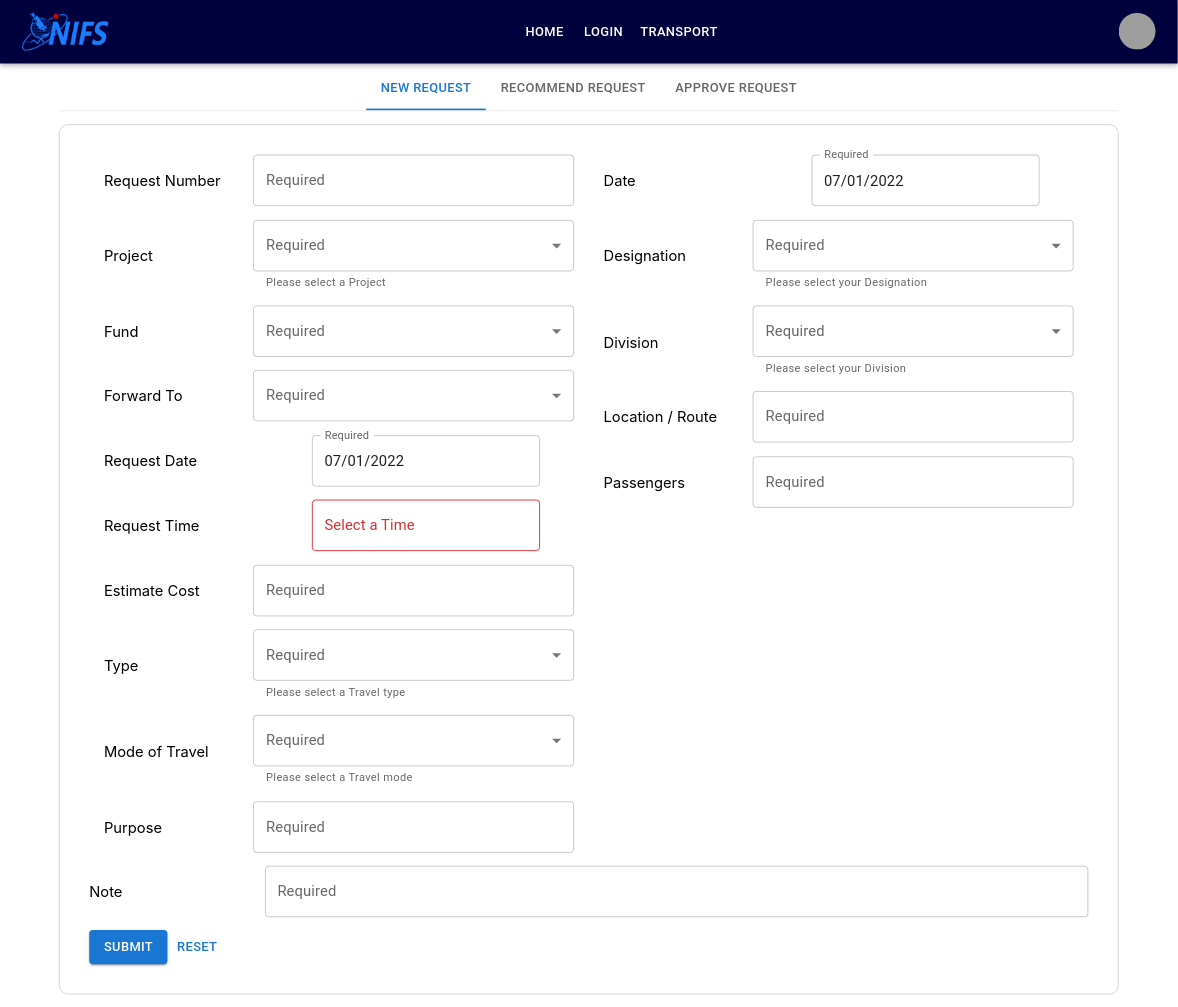
Repository: Ravindu97/NIFS_WebApplication
Page: /transport (app in client/)
An editor plug-in stored every save of this project. The page is shown before and after the next save, followed by the edit.
The browser window is 1280 px wide. The pictures show the whole page, at 92% of full size.
Pictures or frames that could not be fetched are drawn as grey boxes. The project was rebuilt for these pictures with package versions that can differ from the ones it lists, and the page was loaded fresh each time. Also part of the build but not shown: client/src/pages/Home.js, client/src/pages/Login.js, client/src/components/Transport/RecommendedRequest.js, client/src/components/Transport/ApproveRequest.js.

Above is the page before, as saved 2022-07-01 12:23:45.

### client/src/index.css
body {
  margin: 0;
  font-family: -apple-system, BlinkMacSystemFont, 'Segoe UI', 'Roboto', 'Oxygen',
    'Ubuntu', 'Cantarell', 'Fira Sans', 'Droid Sans', 'Helvetica Neue',
    sans-serif;
  -webkit-font-smoothing: antialiased;
  -moz-osx-font-smoothing: grayscale;
}

:root{
  --main-navbar-back: #00003c;

}


.nav-logo{
  width: 100px;
  height: auto;
}

/* main navbar */
.main-navbar{
  background-color: var(--main-navbar-back) !important;
}

/* secondary navbar */
.secondary-navbar{
  margin-top: 10vh !important;
  margin: auto;
}

/* body content */
.body-content{
  margin: auto;
  width: 90%;
  margin-top: 2vh;
}

/* -------------------css for form starts here */
/* form section means outsice the <form> tag */

.form-section{
  border: 1px solid #d2d2d2;
  border-radius: 10px;
  padding: 2rem;
  margin-bottom: 2vh;
}

/* input fields */
.input-fields{
  display: flex;
  align-items: center;
  margin-bottom: 2vh;
}

.input-fields label{
  margin-right: 2vw;
  width: 200px;
}

.form-left,.form-right{

  margin-left: 1em;
  margin-right: 1em;
}

/* -----------------css for form ends here */

### client/src/App.js
import * as React from 'react';
import { BrowserRouter as Router, Route, Routes } from 'react-router-dom';
import Navbar from './components/shared/Navbar';
import Home from './pages/Home';
import Login from './pages/Login';
import TransportMainPage from './pages/TransportMainPage';

function App() {
	return (
		<div>
			<Router>
				<Navbar />
				<Routes>
					<Route exact path="/" element={<Home />} />
					<Route exact path="/login" element={<Login />} />
					<Route exact path="/transport/*" element={<TransportMainPage />} />
				</Routes>
			</Router>
		</div>
	);
}

export default App;

### client/src/components/shared/Navbar.js
import * as React from 'react';
import AppBar from '@mui/material/AppBar';
import Box from '@mui/material/Box';
import Toolbar from '@mui/material/Toolbar';
import IconButton from '@mui/material/IconButton';
import Typography from '@mui/material/Typography';
import Menu from '@mui/material/Menu';
import MenuIcon from '@mui/icons-material/Menu';
import Container from '@mui/material/Container';
import Avatar from '@mui/material/Avatar';
import Button from '@mui/material/Button';
import Tooltip from '@mui/material/Tooltip';
import MenuItem from '@mui/material/MenuItem';
import { Link } from 'react-router-dom';
import Logo from '../../images/nifs_logo.png';

const Navbar = () => {
	const pages = [
		{
			id: 0,
			title: 'Home',
			link: '/',
		},
		{
			id: 1,
			title: 'Login',
			link: '/login',
		},
		{
			id: 2,
			title: 'Transport',
			link: '/transport',
		},
	];

	const settings = [
		{
			id: 0,
			title: 'Home',
			link: '/',
		},
		{
			id: 1,
			title: 'Login',
			link: '/login',
		},
		{
			id: 2,
			title: 'Transport',
			link: '/transport',
		},
	];

	const [anchorElNav, setAnchorElNav] = React.useState(null);
	const [anchorElUser, setAnchorElUser] = React.useState(null);

	const handleOpenNavMenu = (event) => {
		setAnchorElNav(event.currentTarget);
	};
	const handleOpenUserMenu = (event) => {
		setAnchorElUser(event.currentTarget);
	};

	const handleCloseNavMenu = () => {
		setAnchorElNav(null);
	};

	const handleCloseUserMenu = () => {
		setAnchorElUser(null);
	};

	return (
		<AppBar position="fixed" className="main-navbar">
			<Container maxWidth="xl">
				<Toolbar disableGutters>
					{/*Responsive view start here  */}
					<Box sx={{ display: { xs: 'none', md: 'flex' }, mr: 1 }}>
						<img src={Logo} alt="logo" className="nav-logo" />
					</Box>

					<Box sx={{ flexGrow: 1, display: { xs: 'flex', md: 'none' } }}>
						<IconButton
							size="large"
							aria-label="account of current user"
							aria-controls="menu-appbar"
							aria-haspopup="true"
							onClick={handleOpenNavMenu}
							color="inherit"
						>
							<MenuIcon />
						</IconButton>
						<Menu
							id="menu-appbar"
							anchorEl={anchorElNav}
							anchorOrigin={{
								vertical: 'bottom',
								horizontal: 'left',
							}}
							keepMounted
							transformOrigin={{
								vertical: 'top',
								horizontal: 'left',
							}}
							open={Boolean(anchorElNav)}
							onClose={handleCloseNavMenu}
							sx={{
								display: { xs: 'block', md: 'none' },
							}}
						>
							{pages &&
								pages.map((page) => (
									<MenuItem key={page.id} onClick={handleCloseNavMenu}>
										<Link to={page.link} style={{ textDecoration: 'none' }}>
											<Typography textAlign="center">{page.title}</Typography>
										</Link>
									</MenuItem>
								))}
						</Menu>
					</Box>
					{/* Responsive view ends here */}

					{/* Full width starts here */}
					<Box
						sx={{
							mr: 2,
							display: { xs: 'flex', md: 'none' },
							flexGrow: 1,
						}}
					>
						<img src={Logo} alt="logo" className="nav-logo" />
					</Box>

					<Box
						sx={{ flexGrow: 1, display: { xs: 'none', md: 'flex' } }}
						style={{ justifyContent: 'center' }}
					>
						{pages &&
							pages.map((page) => (
								<Link to={page.link} style={{ textDecoration: 'none' }}>
									<Button
										key={page.id}
										onClick={handleCloseNavMenu}
										sx={{ my: 2, color: 'white', display: 'block' }}
									>
										{page.title}
									</Button>
								</Link>
							))}
					</Box>

					{/* end of the navbar */}
					<Box sx={{ flexGrow: 0 }}>
						<Tooltip title="Open settings">
							<IconButton onClick={handleOpenUserMenu} sx={{ p: 0 }}>
								<Avatar
									alt="Remy Sharp"
									src="https://images.unsplash.com/photo-1566753323558-f4e0952af115?ixlib=rb-1.2.1&ixid=MnwxMjA3fDB8MHxzZWFyY2h8MXx8bWFsZXxlbnwwfHwwfHw%3D&w=1000&q=80"
								/>
							</IconButton>
						</Tooltip>
						<Menu
							sx={{ mt: '45px' }}
							id="menu-appbar"
							anchorEl={anchorElUser}
							anchorOrigin={{
								vertical: 'top',
								horizontal: 'right',
							}}
							keepMounted
							transformOrigin={{
								vertical: 'top',
								horizontal: 'right',
							}}
							open={Boolean(anchorElUser)}
							onClose={handleCloseUserMenu}
						>
							{settings.map((setting) => (
								<MenuItem key={setting.id} onClick={handleCloseUserMenu}>
									<Typography textAlign="center">{setting.title}</Typography>
								</MenuItem>
							))}
						</Menu>
					</Box>
				</Toolbar>
			</Container>
		</AppBar>
	);
};
export default Navbar;

### client/src/pages/TransportMainPage.js
import React from 'react';

import TransportNavbar from '../components/Transport/shared/TransportNavbar';
import { Route, Routes } from 'react-router-dom';
import NewRequest from '../components/Transport/NewRequest';
import RecommendedRequest from '../components/Transport/RecommendedRequest';
import ApproveRequest from '../components/Transport/ApproveRequest';

// transport main page where all other section of transport department can be access from here
function TransportMainPage() {
	return (
		<div>
			<TransportNavbar />
			<div className="body-content">
				<Routes>
					<Route exact path="/" element={<NewRequest />} />
					<Route exact path="/recommend" element={<RecommendedRequest />} />
					<Route exact path="/approve" element={<ApproveRequest />} />
				</Routes>
			</div>
		</div>
	);
}

export default TransportMainPage;

### client/src/components/Transport/shared/TransportNavbar.js
import * as React from 'react';
import Tabs from '@mui/material/Tabs';
import Tab from '@mui/material/Tab';
import Box from '@mui/material/Box';
import { Link, useLocation } from 'react-router-dom';

export default function TransportNavbar() {
	const location = useLocation();

	const pages = [
		{
			id: 0,
			title: 'New Request',
			link: '/transport',
		},
		{
			id: 1,
			title: 'Recommend Request',
			link: '/transport/recommend',
		},
		{
			id: 2,
			title: 'Approve Request',
			link: '/transport/approve',
		},
	];

	return (
		<Box sx={{ width: '90%' }} className="secondary-navbar">
			<Box sx={{ borderBottom: 1, borderColor: 'divider' }}>
				<Tabs value={location.pathname} centered>
					{pages &&
						pages.map((page) => (
							<Tab
								key={page.id}
								label={page.title}
								value={page.link}
								component={Link}
								to={page.link}
							/>
						))}
				</Tabs>
			</Box>
		</Box>
	);
}

### client/src/components/Transport/NewRequest.js
import { Button, TextField } from '@mui/material';
import React, { useState } from 'react';
import { useForm } from 'react-hook-form';
import Box from '@mui/material/Box';
// import datepicker
import { AdapterDateFns } from '@mui/x-date-pickers/AdapterDateFns';
import { LocalizationProvider } from '@mui/x-date-pickers/LocalizationProvider';
import { DatePicker } from '@mui/x-date-pickers/DatePicker';
import { TimePicker } from '@mui/x-date-pickers/TimePicker';
// sample data files start here
import Projects from './shared/sampleData/Project.json';
import Funds from './shared/sampleData/Fund.json';
import ForwardedTo from './shared/sampleData/ForwardedTo.json';
import Divisions from './shared/sampleData/Division.json';
import Designations from './shared/sampleData/Designation.json';

// sample data files ends here

function NewRequest() {
	// date set to be stored
	const { register, handleSubmit, reset } = useForm();

	const getToday = new Date();
	const time = getToday.getHours() + ':' + getToday.getMinutes();

	const [project, setProjects] = useState(Projects);
	const [fund, setFunds] = useState(Funds);
	const [forwardedTo, setForwardedTos] = useState(ForwardedTo);
	const [division, setDivisions] = useState(Divisions);
	const [designation, setDesignations] = useState(Designations);
	const [reqDate, setReqDate] = React.useState(getToday);
	const [reqTime, setReqTime] = React.useState(time);
	const [today, setToday] = React.useState(getToday);

	const submitDetails = (data) => {
		console.log(data);
	};

	return (
		<div className="form-section">
			<form onSubmit={handleSubmit(submitDetails)}>
				<Box
					sx={{
						display: { xs: 'block', md: 'flex' },
						justifyContent: 'center',
					}}
				>
					{/* left section of the form */}
					<Box
						className="form-left"
						sx={{
							width: { xs: '90%', md: '50%' },
						}}
					>
						{/* Request number */}
						<Box className="input-fields">
							<label>Request Number</label>
							<TextField
								fullWidth
								type="text"
								name="reqNo"
								id="outlined-basic"
								label="Required"
								variant="outlined"
								{...register('reqNo')}
							/>
						</Box>

						{/* Select project */}

						<Box className="input-fields">
							<label>Project</label>
							<TextField
								fullWidth
								id="outlined-select-project-native"
								select
								label="Required"
								name="project"
								{...register('project')}
								SelectProps={{
									native: true,
								}}
								helperText="Please select a Project"
							>
								<option value="" selected disabled></option>
								{project.map((option) => (
									<option key={option.id} value={option.value}>
										{option.value}
									</option>
								))}
							</TextField>
						</Box>

						{/* Select Fund */}

						<Box className="input-fields">
							<label>Fund</label>
							<TextField
								fullWidth
								id="outlined-select-fund-native"
								select
								label="Required"
								name="fund"
								{...register('fund')}
								SelectProps={{
									native: true,
								}}
							>
								<option value="" selected disabled></option>
								{fund.map((option) => (
									<option key={option.id} value={option.value}>
										{option.value}
									</option>
								))}
							</TextField>
						</Box>

						{/* Select Forward */}

						<Box className="input-fields">
							<label>Forward To</label>
							<TextField
								fullWidth
								id="outlined-select-forward-native"
								select
								label="Required"
								name="forwardTo"
								{...register('forwardTo')}
								SelectProps={{
									native: true,
								}}
							>
								<option value="" selected disabled></option>
								{forwardedTo.map((option) => (
									<option key={option.id} value={option.value}>
										{option.value}
									</option>
								))}
							</TextField>
						</Box>

						{/*request date*/}

						<Box className="input-fields">
							<LocalizationProvider dateAdapter={AdapterDateFns}>
								<label>Request Date</label>
								<DatePicker
									fullWidth
									label="Required"
									value={reqDate}
									onChange={(newValue) => {
										setReqDate(newValue);
									}}
									{...register('requestDate')}
									renderInput={(params) => <TextField {...params} />}
								/>
							</LocalizationProvider>
						</Box>

						{/* Time picker */}

						<Box className="input-fields">
							<LocalizationProvider dateAdapter={AdapterDateFns}>
								<label>Request Time</label>
								<TimePicker
									label="Select a Time"
									value={reqTime}
									{...register('requestTime')}
									onChange={(newValue) => {
										setReqTime(newValue);
									}}
									renderInput={(params) => <TextField {...params} />}
								/>
							</LocalizationProvider>
						</Box>

						{/* cost */}

						<Box className="input-fields">
							<label>Estimate Cost</label>
							<TextField
								fullWidth
								type="text"
								name="estimateCost"
								id="outlined-basic"
								label="Required"
								variant="outlined"
								{...register('estimateCost')}
							/>
						</Box>

						{/* travel type */}

						<Box className="input-fields">
							<label>Type</label>
							<TextField
								fullWidth
								id="outlined-select-forward-native"
								select
								label="Required"
								name="travelType"
								{...register('travelType')}
								SelectProps={{
									native: true,
								}}
								helperText="Please select a Travel type"
							>
								<option value="" selected disabled></option>
								<option value="private">Private</option>
								<option value="official">Official</option>
							</TextField>
						</Box>

						{/* Travel mode */}

						<Box className="input-fields">
							<label>Mode of Travel</label>
							<TextField
								fullWidth
								id="outlined-select-forward-native"
								select
								label="Required"
								name="travelMode"
								{...register('travelMode')}
								SelectProps={{
									native: true,
								}}
								helperText="Please select a Travel mode"
							>
								<option value="" selected disabled></option>
								<option value="car">Car</option>
								<option value="van">Van</option>
								<option value="cab">Cab</option>
							</TextField>
						</Box>

						{/* purpose */}

						<Box className="input-fields">
							<label>Purpose</label>
							<TextField
								fullWidth
								id="outlined-textarea"
								label="Required"
								name="purpose"
								{...register('purpose')}
								SelectProps={{
									native: true,
								}}
								multiline
							/>
						</Box>
					</Box>

					{/* right section of the form */}

					<Box
						className="form-right"
						sx={{
							width: { xs: '90%', md: '50%' },
						}}
					>
						{/*request today date*/}

						<Box className="input-fields">
							<LocalizationProvider dateAdapter={AdapterDateFns}>
								<label>Date</label>
								<DatePicker
									fullWidth
									label="Required"
									value={today}
									onChange={(newValue) => {
										setToday(newValue);
									}}
									{...register('requestDate')}
									renderInput={(params) => <TextField {...params} />}
								/>
							</LocalizationProvider>
						</Box>

						{/* designations */}

						<Box className="input-fields">
							<label>Designation</label>
							<TextField
								fullWidth
								id="outlined-select-forward-native"
								select
								label="Required"
								name="designation"
								{...register('designation')}
								SelectProps={{
									native: true,
								}}
								helperText="Please select your Designation"
							>
								<option value="" selected disabled></option>
								{designation.map((option) => (
									<option key={option.id} value={option.value}>
										{option.value}
									</option>
								))}
							</TextField>
						</Box>

						{/* division */}

						<Box className="input-fields">
							<label>Division</label>
							<TextField
								fullWidth
								id="outlined-select-forward-native"
								select
								label="Required"
								name="division"
								{...register('division')}
								SelectProps={{
									native: true,
								}}
								helperText="Please select your Division"
							>
								<option value="" selected disabled></option>
								{division.map((option) => (
									<option key={option.id} value={option.value}>
										{option.value}
									</option>
								))}
							</TextField>
						</Box>

						{/* HOD */}

						{/* Location / route */}

						<Box className="input-fields">
							<label>Location / Route</label>
							<TextField
								fullWidth
								type="text"
								name="route"
								id="outlined-basic"
								label="Required"
								variant="outlined"
								{...register('route')}
							/>
						</Box>

						{/* Location / route */}

						<Box className="input-fields">
							<label>Passengers</label>
							<TextField
								fullWidth
								type="text"
								name="passengers"
								id="outlined-basic"
								label="Required"
								variant="outlined"
								{...register('passengers')}
							/>
						</Box>
					</Box>
				</Box>

				{/* Note */}

				<Box className="input-fields">
					<label>Note</label>
					<TextField
						fullWidth
						id="outlined-textarea"
						label="Required"
						name="note"
						{...register('note')}
						SelectProps={{
							native: true,
						}}
						multiline
					/>
				</Box>

				{/* submit button */}

				<Box>
					<Button type="submit" variant="contained">
						Submit
					</Button>

					{/* reset the form */}

					<Button
						type="button"
						onClick={() => {
							reset({
								reqNo: '',
								project: '',
								fund: '',
								forwardTo: '',
								requestDate: '',
								time: '',
								estimateCost: '',
								travelType: '',
								travelMode: '',
								purpose: '',
								note: '',
								employee: '',
								designation: '',
								date: '',
								division: '',
								HOD: '',
								route: '',
								passengers: '',
							});
						}}
					>
						Reset
					</Button>
				</Box>
			</form>
		</div>
	);
}

export default NewRequest;

### client/src/components/Transport/shared/sampleData/Project.json
[
    {
        "id": 0,
        "value": "Kandy tunnel"
    },
    {
        "id": 1,
        "value": "Moragahakanda project"
    },
    {
        "id": 2,
        "value": "Gin nilwala project"
    },
    {
        "id": 3,
        "value": "Samanala wewa projecct"
    },
    {
        "id": 4,
        "value": "Data visualization"
    }
]

### client/src/components/Transport/shared/sampleData/Fund.json
[
    {
        "id": 0,
        "value": "Stock market"
    },
    {
        "id": 1,
        "value": "BOC bank"
    },
    {
        "id": 2,
        "value": "Savings"
    },
    {
        "id": 3,
        "value": "Ticketing"
    },
    {
        "id": 4,
        "value": "Car wash"
    }
]

### client/src/components/Transport/shared/sampleData/ForwardedTo.json
[
    {
        "id": 0,
        "value": "Mr. Kamal"
    },
    {
        "id": 1,
        "value": "Mr. Sunil"
    },
    {
        "id": 2,
        "value": "Mr. Kusal"
    },
    {
        "id": 3,
        "value": "Mrs. Nayana"
    },
    {
        "id": 4,
        "value": "Miss Rashmi"
    }
]

### client/src/components/Transport/shared/sampleData/Division.json
[
    {
        "id": 0,
        "value": "Transport"
    },
    {
        "id": 1,
        "value": "Financial"
    },
    {
        "id": 2,
        "value": "Computer"
    },
    {
        "id": 3,
        "value": "Admin"
    },
    {
        "id": 4,
        "value": "Director"
    }
]

### client/src/components/Transport/shared/sampleData/Designation.json
[
    {
        "id": 0,
        "value": "Designation 1"
    },
    {
        "id": 1,
        "value": "Designation 2"
    },
    {
        "id": 2,
        "value": "Designation 3"
    },
    {
        "id": 3,
        "value": "Designation 4"
    },
    {
        "id": 4,
        "value": "Designation 5"
    }
]

Loaded but not shown: client/src/index.js (common file); client/src/reportWebVitals.js (common file)

After the next save:
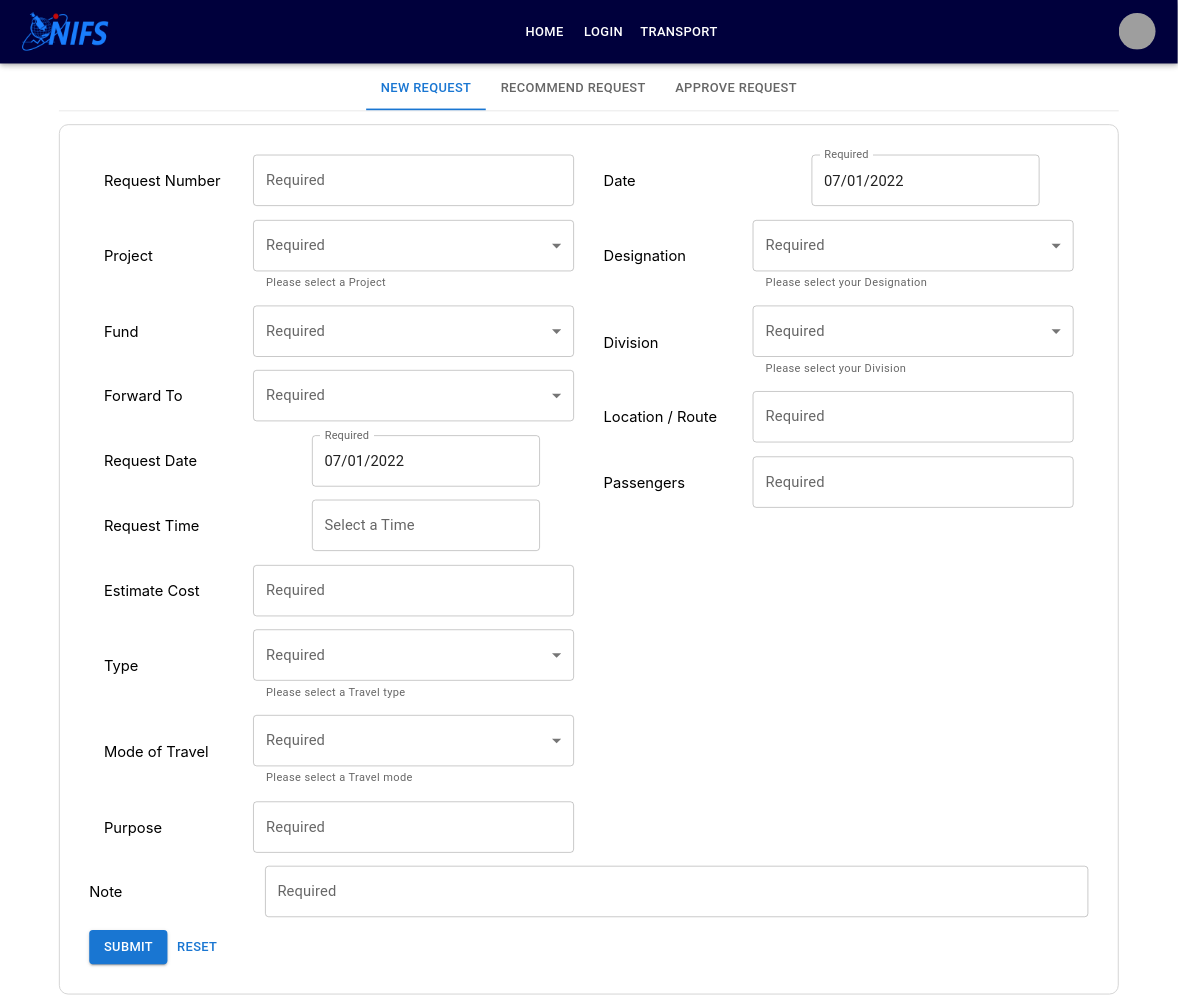
Saved 43 s later.
--- a/client/src/components/Transport/NewRequest.js
+++ b/client/src/components/Transport/NewRequest.js
@@ -21,7 +21,6 @@ function NewRequest() {
 	const { register, handleSubmit, reset } = useForm();
 
 	const getToday = new Date();
-	const time = getToday.getHours() + ':' + getToday.getMinutes();
 
 	const [project, setProjects] = useState(Projects);
 	const [fund, setFunds] = useState(Funds);
@@ -29,7 +28,7 @@ function NewRequest() {
 	const [division, setDivisions] = useState(Divisions);
 	const [designation, setDesignations] = useState(Designations);
 	const [reqDate, setReqDate] = React.useState(getToday);
-	const [reqTime, setReqTime] = React.useState(time);
+	const [reqTime, setReqTime] = React.useState(null);
 	const [today, setToday] = React.useState(getToday);
 
 	const submitDetails = (data) => {
